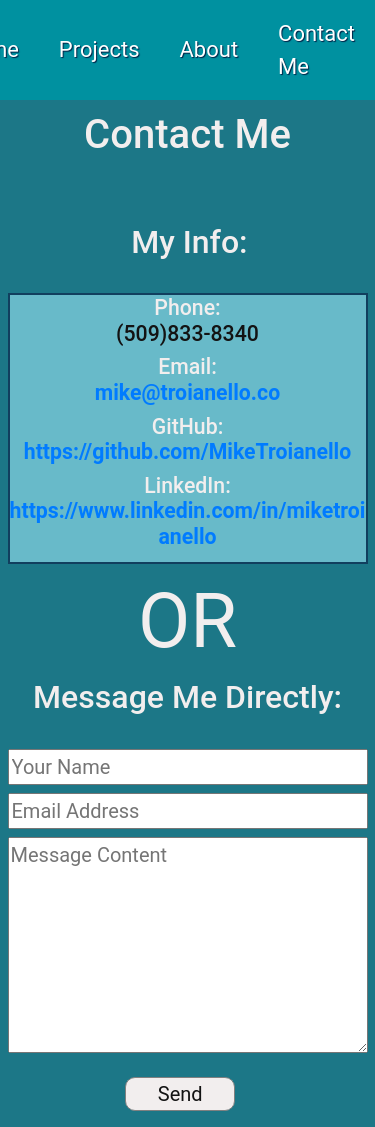
Repository: MikeTroianello/troianello
Page: /contact
An editor plug-in stored every save of this project. The page is shown before and after the next save, followed by the edit.
The browser window is 375 px wide. The pictures show the whole page.
The project was rebuilt for these pictures with package versions that can differ from the ones it lists, and the page was loaded fresh each time. Also part of the build but not shown: src/components/context-sensitive/Greet.js, src/components/locations/Home.js, src/components/locations/About/About.css, src/components/locations/About/AboutMobile.css, src/components/locations/About/About.js, src/components/cards/RainbowDay.js, src/components/cards/CanvasBubbles.js, src/components/cards/projectCard.css and 4 more.

Above is the page before, as saved 2019-08-03 13:16:23.

After the next save:
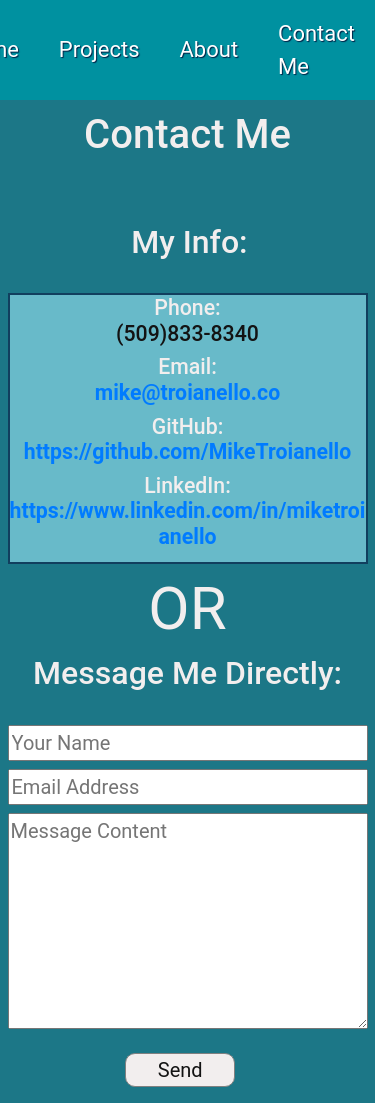
Saved 42 s later.
--- a/src/components/locations/Contact/ContactMobile.css
+++ b/src/components/locations/Contact/ContactMobile.css
@@ -54,7 +54,7 @@
     display: flex;
     justify-content: center;
     align-items: center;
-    font-size: 3.8em;
+    font-size: 3em;
     color: var(--off-white);
   }
 
